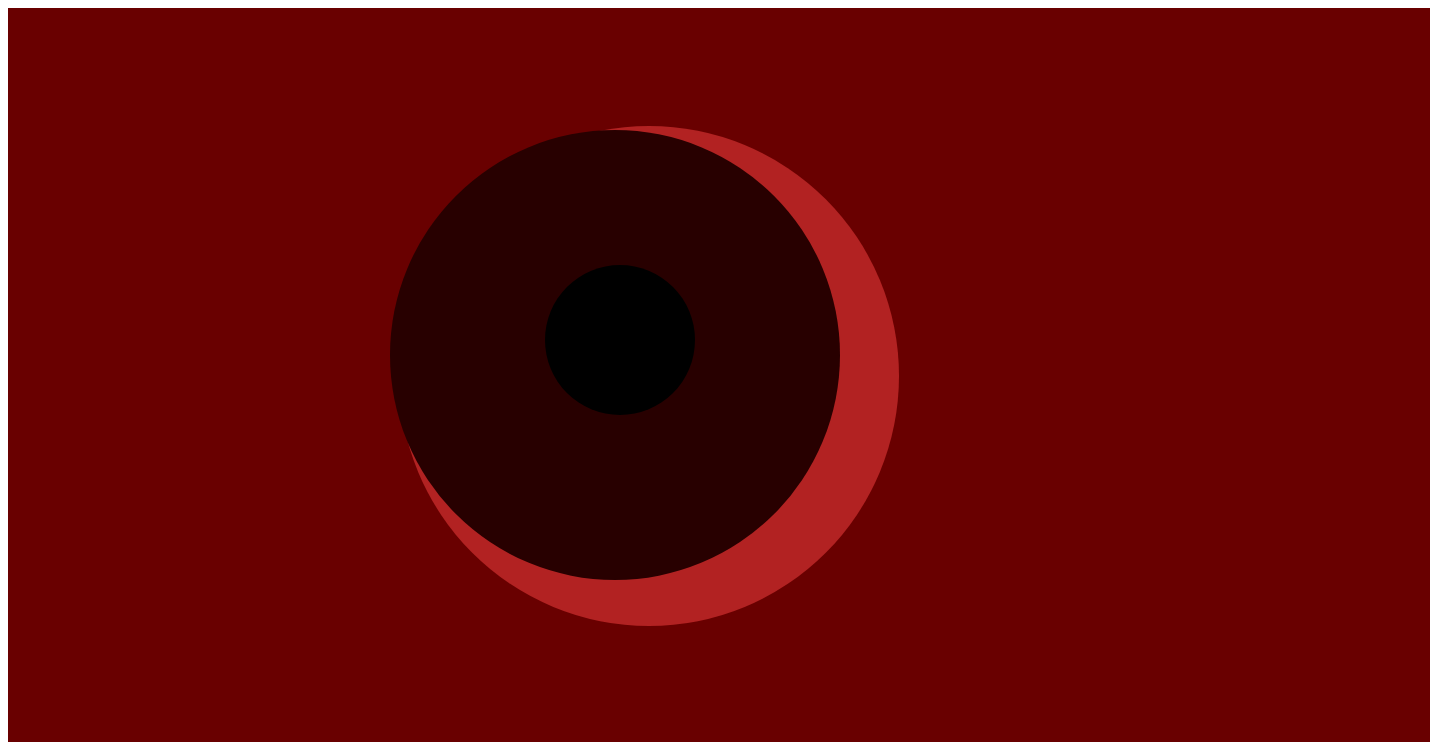
Repository: huanz488/huanz488-github.io
Page: project1/project1.html
The author's editor kept a record of every edit. The page is drawn from the files as they stood at one moment, then again after the next edit.
The browser window is 1280 px wide. The page is 1430 px wide, so the pictures cover 1430 px, including what lies to the right of the window. The pictures show the whole page.
The pointer rests on the first visible `.test2`.
Some web libraries are served in a nearby version.

Above is the page before.

After the next edit:
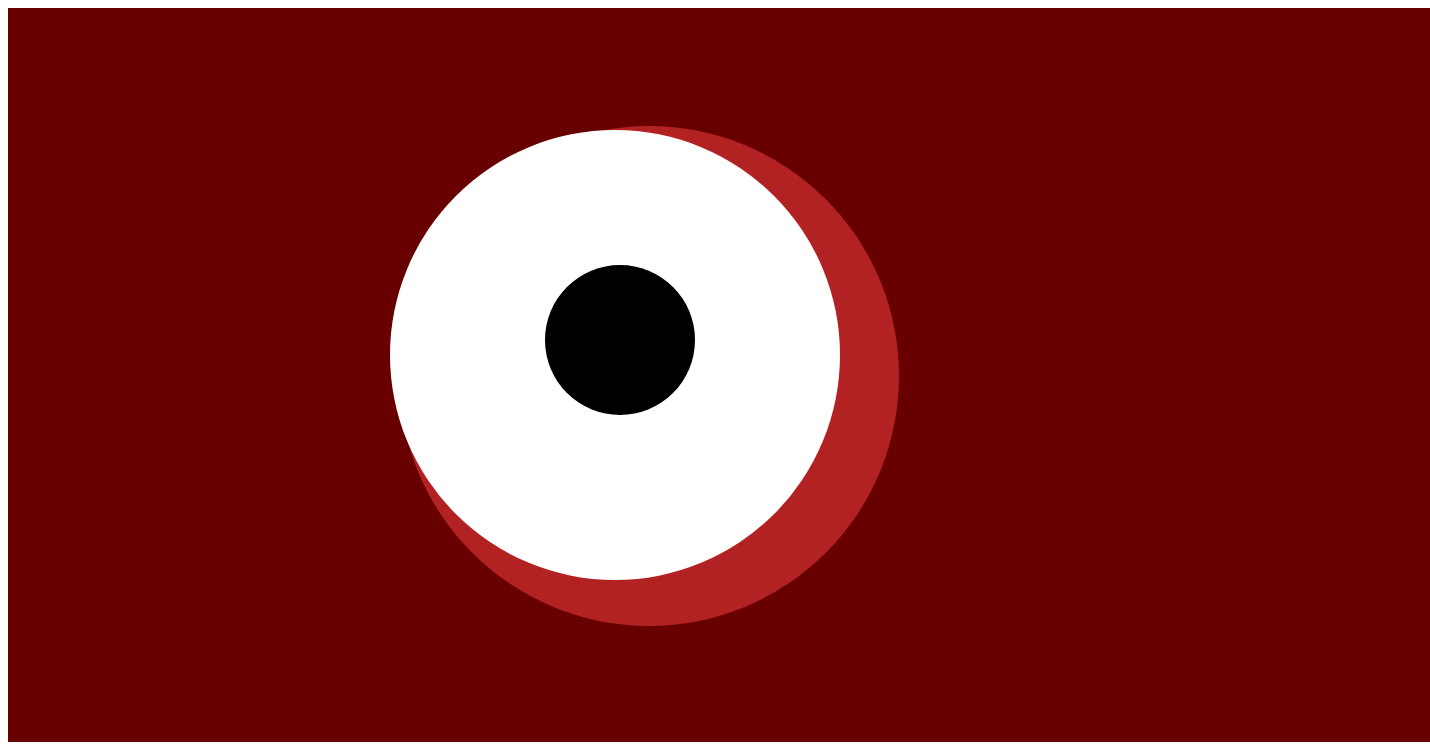
The edit:
--- a/project1/project1.css
+++ b/project1/project1.css
@@ -72,7 +72,7 @@
 
 .test2:hover
 {
-background-color: #280000;
+background-color: white;
 width:450px;
 height:450px;
 -webkit-transform:rotate(180deg);
